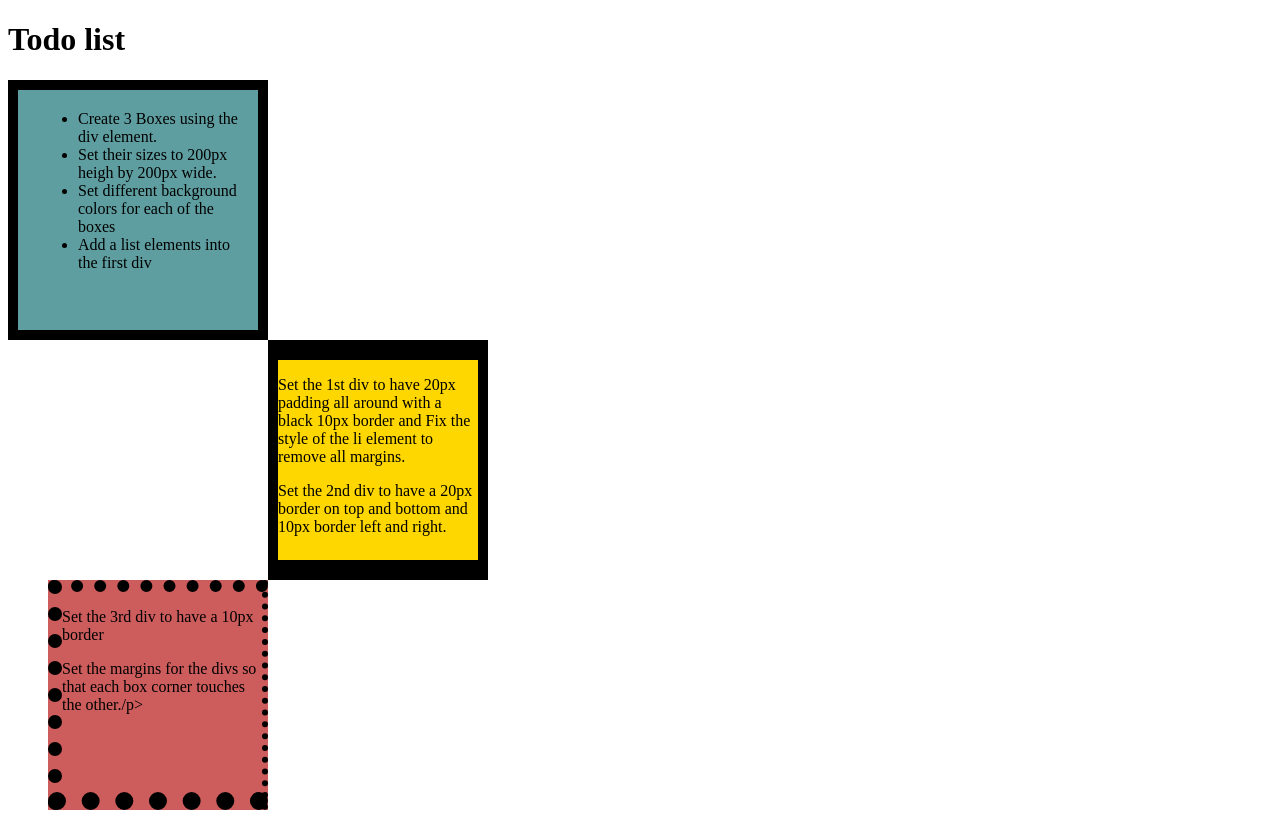
Repository: aniatot/CSS_KT
Page: 6.3 CSS Box Model/index.html
An editor plug-in stored every save of this project. The page is shown before and after the next save, followed by the edit.
The browser window is 1280 px wide. The pictures show the whole page.

Above is the page before, as saved 2023-10-18 20:24:00.

After the next save:
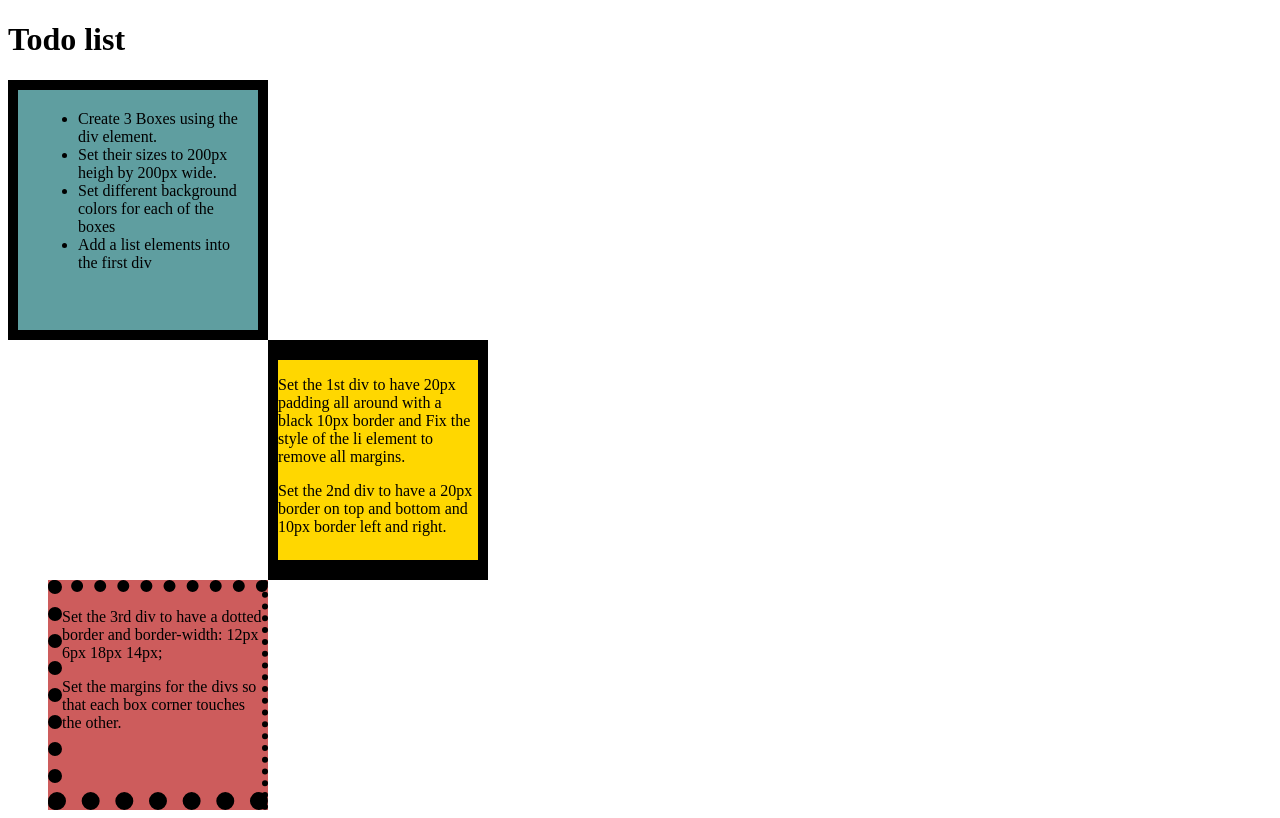
Saved 53 s later.
--- a/6.3 CSS Box Model/index.html
+++ b/6.3 CSS Box Model/index.html
@@ -56,8 +56,8 @@
   <p>Set the 2nd div to have a 20px border on top and bottom and 10px border left and right.</p>
 </div>
 <div id="third">
-  <p>Set the 3rd div to have a 10px border</p>
-  <p>Set the margins for the divs so that each box corner touches the other./p>
+  <p>Set the 3rd div to have a dotted border and border-width: 12px 6px 18px 14px;</p>
+  <p>Set the margins for the divs so that each box corner touches the other.</p>
 </div>
 </body>
 
